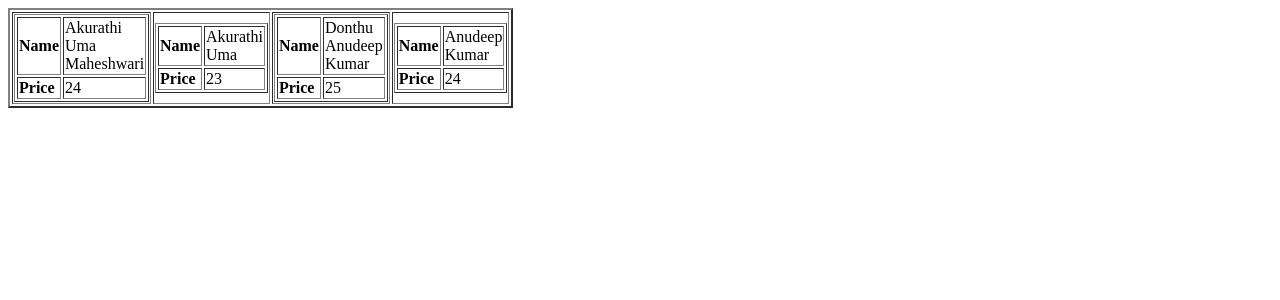
Repository: AnudeepKumarDonthu/ws
Page: work/src/main/webapp/WEB-INF/html/JsonArrayPractice.html
The author's editor kept a copy of each file at every save. The page is drawn from the files as they stood at one save, then again after a run of saves.
The browser window is 1280 px wide. The pictures show the whole page.

Above is the page before, as saved 2017-01-02 07:34:34.

After the next 2 saves:
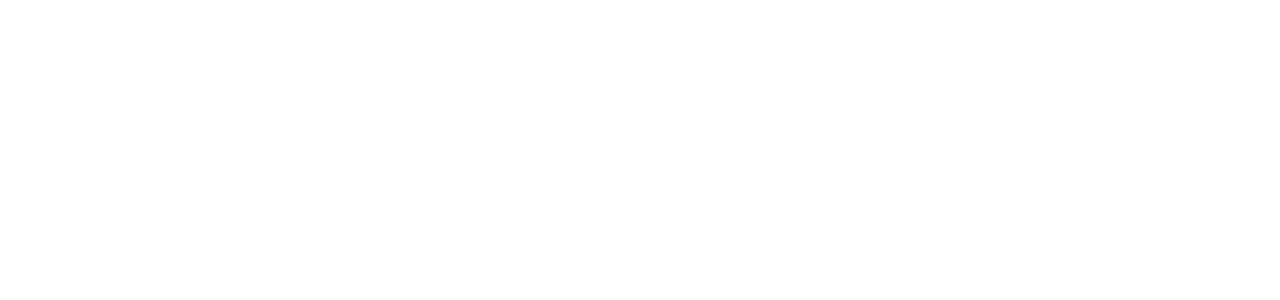
Console error (its wording comes from the project's code and is left out).
The 2 saves are shown as one change because they came seconds apart.
The last was saved 23 h 42 min later.
--- a/work/src/main/webapp/WEB-INF/html/JsonArrayPractice.html
+++ b/work/src/main/webapp/WEB-INF/html/JsonArrayPractice.html
@@ -23,7 +23,7 @@
 			} ]
 
 		}
-
+		JSON.parse(personArray);
 		var i = 0;
 		document.writeln("<table border = '2'><tr>");
 

After the save that followed:
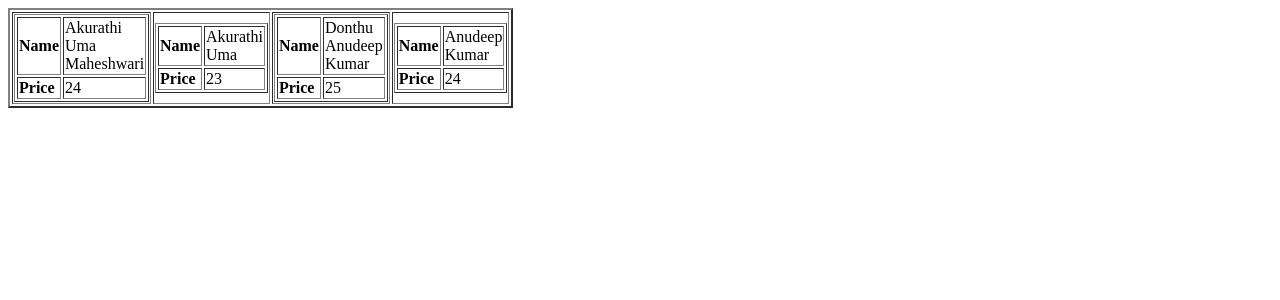
The error is gone.
Saved 5 min 27 s later.
--- a/work/src/main/webapp/WEB-INF/html/JsonArrayPractice.html
+++ b/work/src/main/webapp/WEB-INF/html/JsonArrayPractice.html
@@ -23,7 +23,6 @@
 			} ]
 
 		}
-		JSON.parse(personArray);
 		var i = 0;
 		document.writeln("<table border = '2'><tr>");
 
